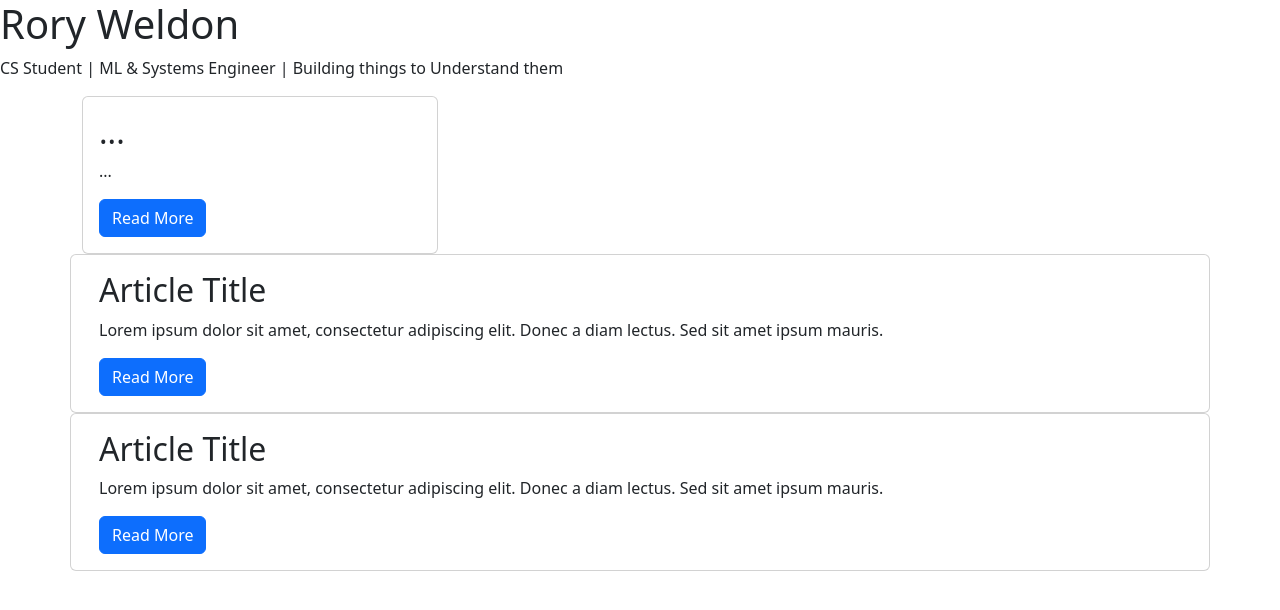
Repository: Art3misF0wl90/Portfolio
Page: index.html
An editor plug-in stored every save of this project. The page is shown before and after a run of saves, followed by the edit.
The browser window is 1280 px wide. The pictures show the whole page.

Above is the page before, as saved 2026-06-17 19:34:30.

### index.html
<!doctype html>
<html lang="en">
  <!-- This is a simple portfolio website for Rory Weldon, a CS student with interests in ML and systems engineering. The website includes a navigation bar, header, main content area with project teasers, and a footer with contact information. -->
  <head>
    <meta charset="UTF-8" />
    <meta name="viewport" content="width=device-width, initial-scale=1.0" />
    <title>Rory Weldon - Portfolio</title>
    <link
      href="https://cdn.jsdelivr.net/npm/bootstrap@5.3.8/dist/css/bootstrap.min.css"
      rel="stylesheet"
      integrity="sha384-sRIl4kxILFvY47J16cr9ZwB07vP4J8+LH7qKQnuqkuIAvNWLzeN8tE5YBujZqJLB"
      crossorigin="anonymous"
    />
    <!--<link rel="stylesheet" href="style.css" /> disabled while working with bootstrap, will re-enable for custom overrides later.-->
  </head>
  <!-- this is the main content area -->
  <body>
    <!-- Navigation bar -->
    <div id="nav-placeholder"></div>
    <!-- Header content -->
    <header>
      <h1>Rory Weldon</h1>
      <p>
        CS Student | ML & Systems Engineer | Building things to Understand them
      </p>
    </header>

    <main>
      <div class="container">
        <div class="row">
          <div class="col-md-4">
            <article class="card">
              <div class="card-body">
                <!-- provides internal padding -->
                <h2 class="card-title">...</h2>
                <p class="card-text">...</p>
                <a href="..." class="btn btn-primary">Read More</a>
              </div>
            </article>
            </div>

            <article class="card">
              <div class="card-body">
                <h2 class="card-title">Article Title</h2>
                <p class="card-text">
                  Lorem ipsum dolor sit amet, consectetur adipiscing elit. Donec
                  a diam lectus. Sed sit amet ipsum mauris.
                </p>
                <a href="..." class="btn btn-primary">Read More</a>
              </div>
            </article>
            <!-- Add more articles as needed -->
            <article class="card">
              <div class="card-body">
                <!-- This is a placeholder article. Replace with actual project teasers. -->
                <h2 class="card-title">Article Title</h2>
                <p class="card-text">
                  Lorem ipsum dolor sit amet, consectetur adipiscing elit. Donec
                  a diam lectus. Sed sit amet ipsum mauris.
                </p>
                <!-- The "Read More" button can link to a detailed project page or modal -->
                <a href="..." class="btn btn-primary">Read More</a>
              </div>
            </article>

        </div>
      </div>
      <!-- Main content - Teasers for projects-->
    </main>
    <!-- Footer content -->
    <div id="footer-placeholder"></div>
    <script
      src="https://cdn.jsdelivr.net/npm/bootstrap@5.3.8/dist/js/bootstrap.bundle.min.js"
      integrity="sha384-FKyoEForCGlyvwx9Hj09JcYn3nv7wiPVlz7YYwJrWVcXK/BmnVDxM+D2scQbITxI"
      crossorigin="anonymous"
    ></script>
  </body>
</html>

After the next 2 saves:
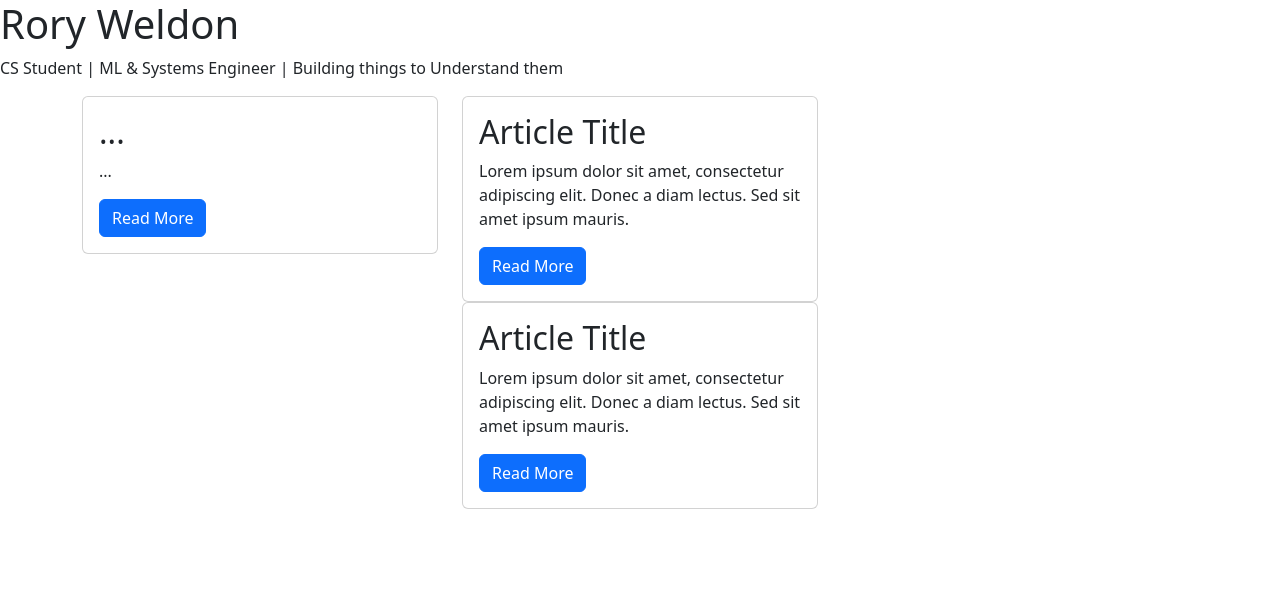
The 2 saves are shown as one change because they came seconds apart.
The last was saved 5 s later.
--- a/index.html
+++ b/index.html
@@ -38,7 +38,7 @@
               </div>
             </article>
             </div>
-
+            <div class="col-md-4">
             <article class="card">
               <div class="card-body">
                 <h2 class="card-title">Article Title</h2>
